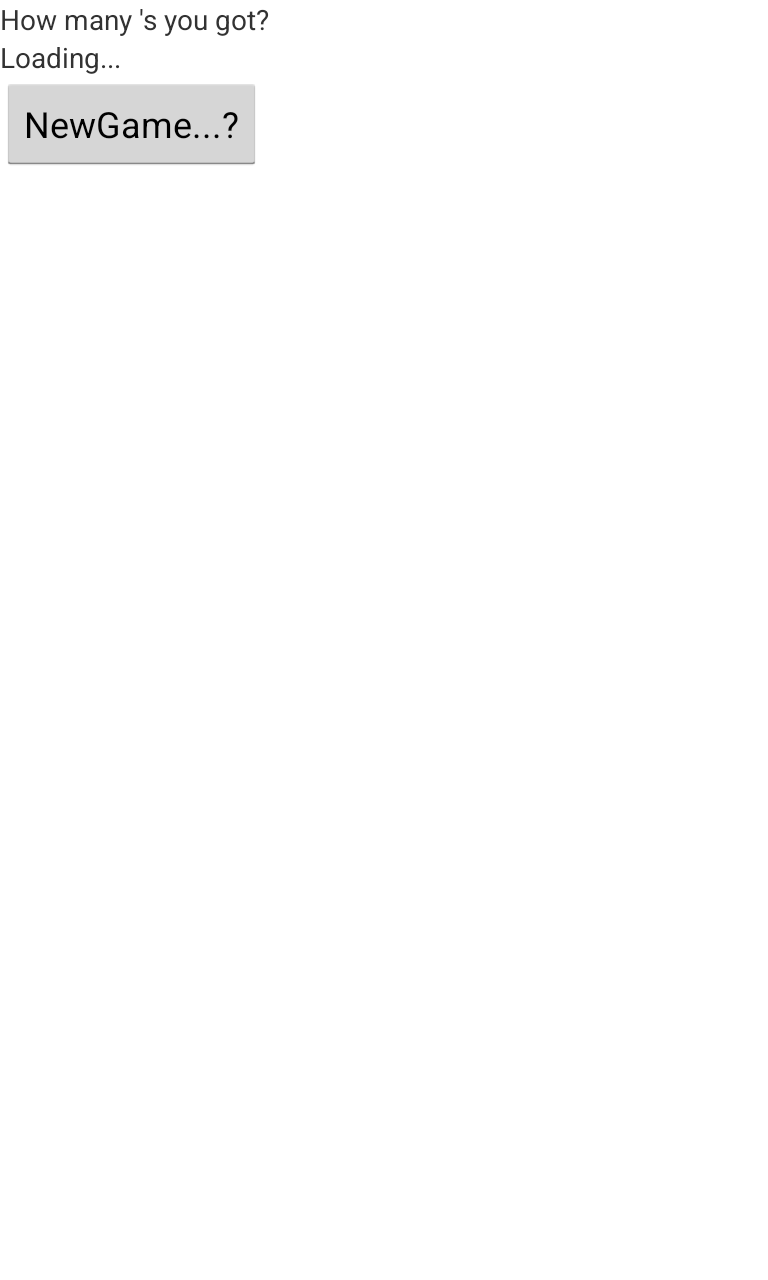
Repository: RayyLim/LiarPoker
Layout: LiarPoker/res/layout/result_main.xml
An editor plug-in stored every save of this project. The layout is shown before and after the next save, followed by the edit.
It is drawn on a 768 x 1280 px phone screen (xhdpi) without system bars, with theme AppTheme; the app's code is not run.

Above is the layout before, as saved 2012-07-22 15:59:23.

### LiarPoker/res/layout/result_main.xml
<?xml version="1.0" encoding="utf-8"?>
<LinearLayout xmlns:android="http://schemas.android.com/apk/res/android"
    android:layout_width="match_parent"
    android:layout_height="match_parent"
    android:orientation="vertical" >

    <LinearLayout
        android:layout_width="match_parent"
        android:layout_height="wrap_content"
        android:orientation="vertical" >
        <LinearLayout
        android:layout_width="match_parent"
        android:layout_height="wrap_content" >
        <TextView
        android:layout_width="wrap_content"
        android:layout_height="wrap_content"
        android:text="How many " />
    <TextView
        android:id="@+id/lastNumberText"
        android:layout_width="wrap_content"
        android:layout_height="wrap_content"
        android:text="" />
        <TextView
        android:layout_width="wrap_content"
        android:layout_height="wrap_content"
        android:text="'s you got?" />
    </LinearLayout>



    <TableLayout
        android:id="@+id/resultTable"
        android:layout_width="match_parent"
        android:layout_height="wrap_content" >


    </TableLayout>
    </LinearLayout>


    <TextView
        android:id="@+id/winLoseText"
        android:layout_width="wrap_content"
        android:layout_height="wrap_content"
        android:text="Loading..." />
    <Button
        android:id="@+id/newGameButton"
        android:layout_width="wrap_content"
        android:layout_height="wrap_content"
        android:text="NewGame...?"
        android:onClick="NewGameClick"/>

</LinearLayout>

Loaded but not shown: LiarPoker/res/values-v11/styles.xml (common file); LiarPoker/res/values-v14/styles.xml (common file); LiarPoker/res/values/styles.xml (common file)

After the next save:
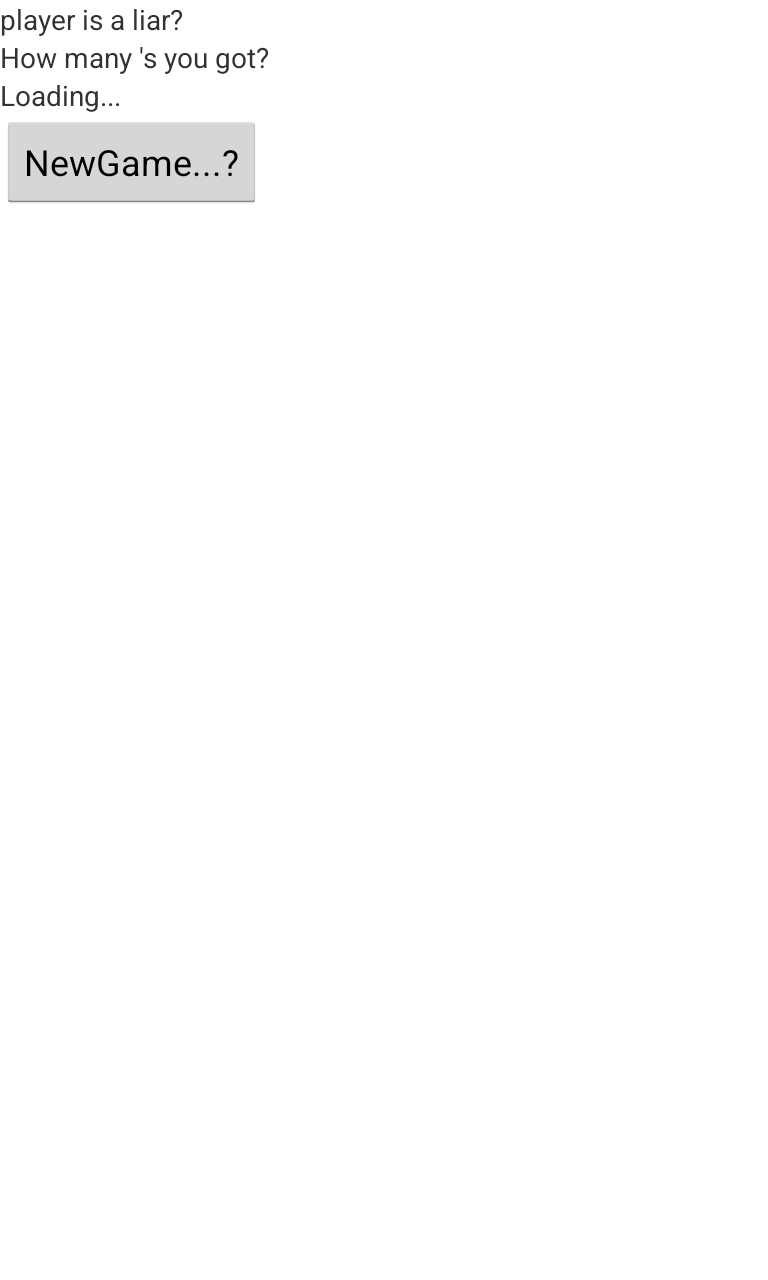
Saved 2 min 1 s later.
--- a/LiarPoker/res/layout/result_main.xml
+++ b/LiarPoker/res/layout/result_main.xml
@@ -4,6 +4,24 @@
     android:layout_height="match_parent"
     android:orientation="vertical" >
 
+    <LinearLayout
+        android:layout_width="match_parent"
+        android:layout_height="wrap_content" >
+            <TextView
+        android:id="@+id/player"
+        android:layout_width="wrap_content"
+        android:layout_height="wrap_content"
+        android:text="player" />
+        <TextView
+        android:layout_width="wrap_content"
+        android:layout_height="wrap_content"
+        android:text=" is a " />
+    <TextView
+        android:id="@+id/lyingOrNot"
+        android:layout_width="wrap_content"
+        android:layout_height="wrap_content"
+        android:text="liar?" />
+    </LinearLayout>
     <LinearLayout
         android:layout_width="match_parent"
         android:layout_height="wrap_content"
